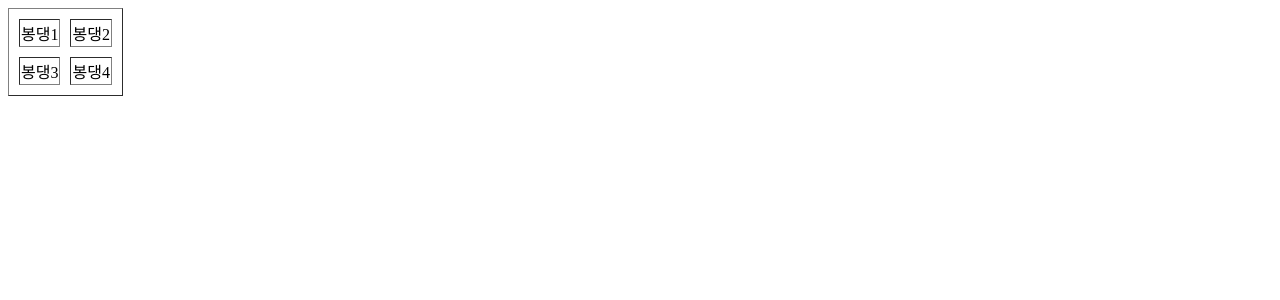
Repository: kisunssong/jsp
Page: http://localhost/test/table2.jsp
The author's editor kept a copy of each file at every save. The page is drawn from the files as they stood at one save, then again after the next save.
The browser window is 1280 px wide. The pictures show the whole page.
The page is served by Tomcat 9.

Above is the page before, as saved 2020-10-28 14:19:02.

After the next save:
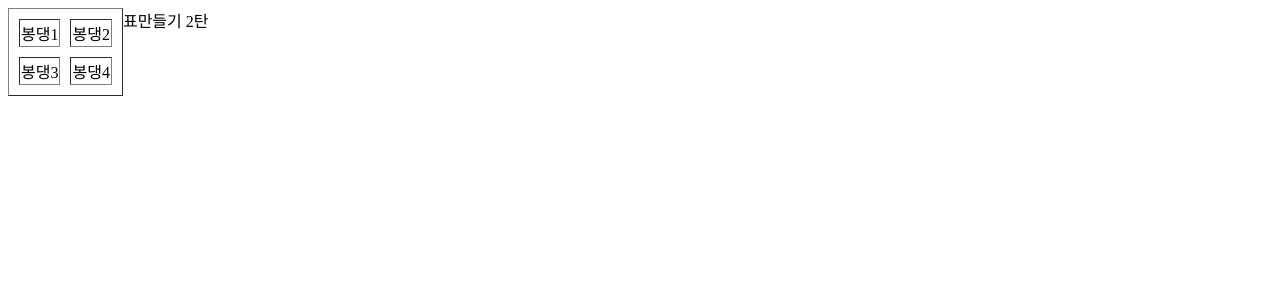
Saved 73 s later.
--- a/test/WebContent/table2.jsp
+++ b/test/WebContent/table2.jsp
@@ -2,6 +2,7 @@
     pageEncoding="EUC-KR"%>
 <HTML>
 <HEAD><TITLE>표만들기 2탄</TITLE></HEAD>
+<CAPTION ALIGN="TOP">표만들기 2탄</CAPTION>
 <TABLE BORDER="1" ALIGN="LEFT" CELLSPACING="10">
 <TR><TD>봉댕1<TD>봉댕2</TR>
 <TR><TD>봉댕3<TD>봉댕4</TR>
